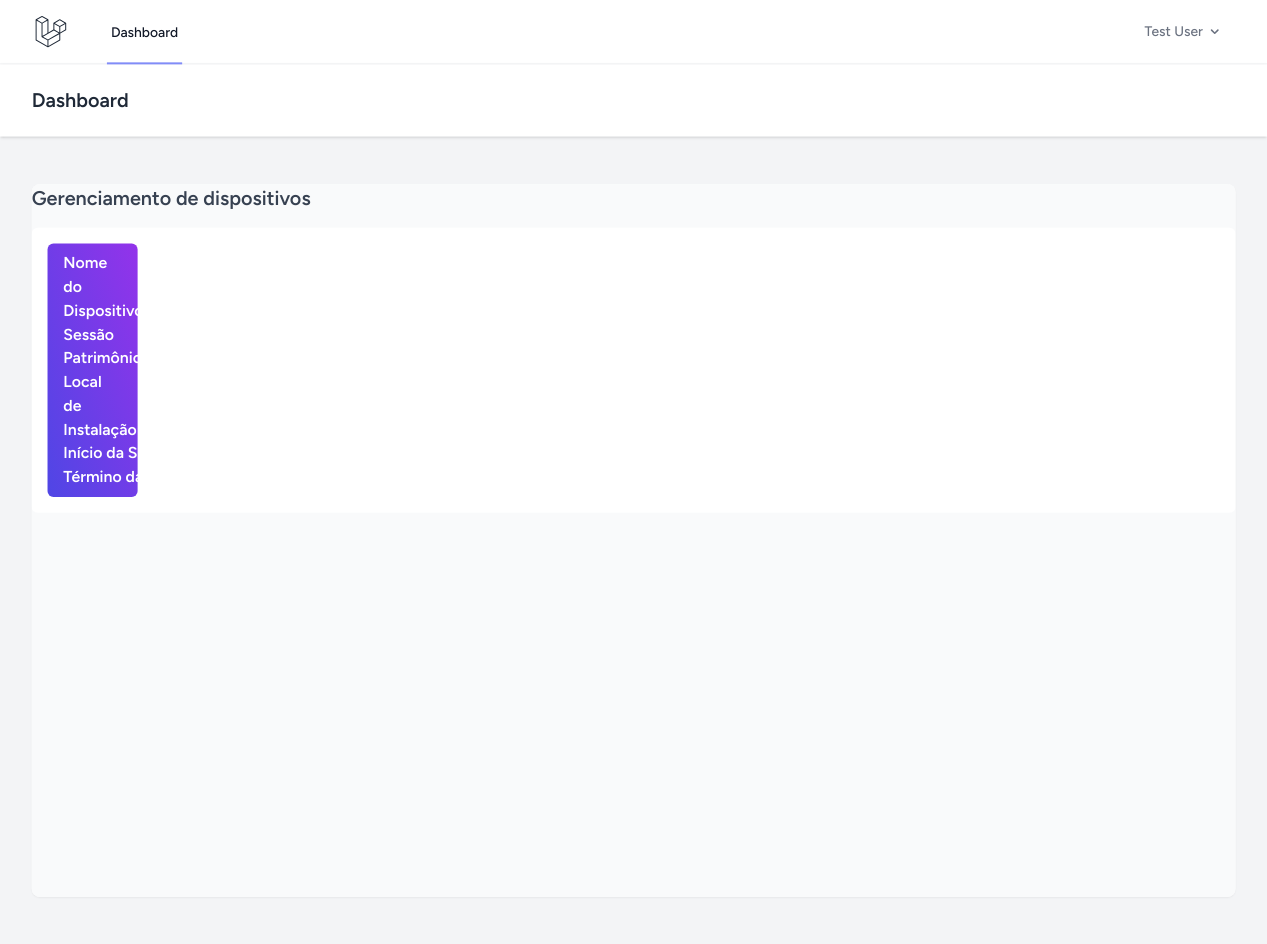
Repository: CrisMorgantee/device-logs
Page: http://localhost/dashboard
An editor plug-in stored every save of this project. The page is shown before and after the next save, followed by the edit.
The browser window is 1280 px wide. The pictures show the whole page, at 99% of full size.
The page is served by the project's Laravel application, run on PHP 8.4 with Laravel 10. A made-up administrator, Test User (test@example.com), is signed in. Style sheets and scripts are compiled from the project's sources, by tool versions that may differ from the author's. Queries for data that is not in the repository find no rows.

Above is the page before, as saved 2023-04-14 22:42:12.

After the next save:
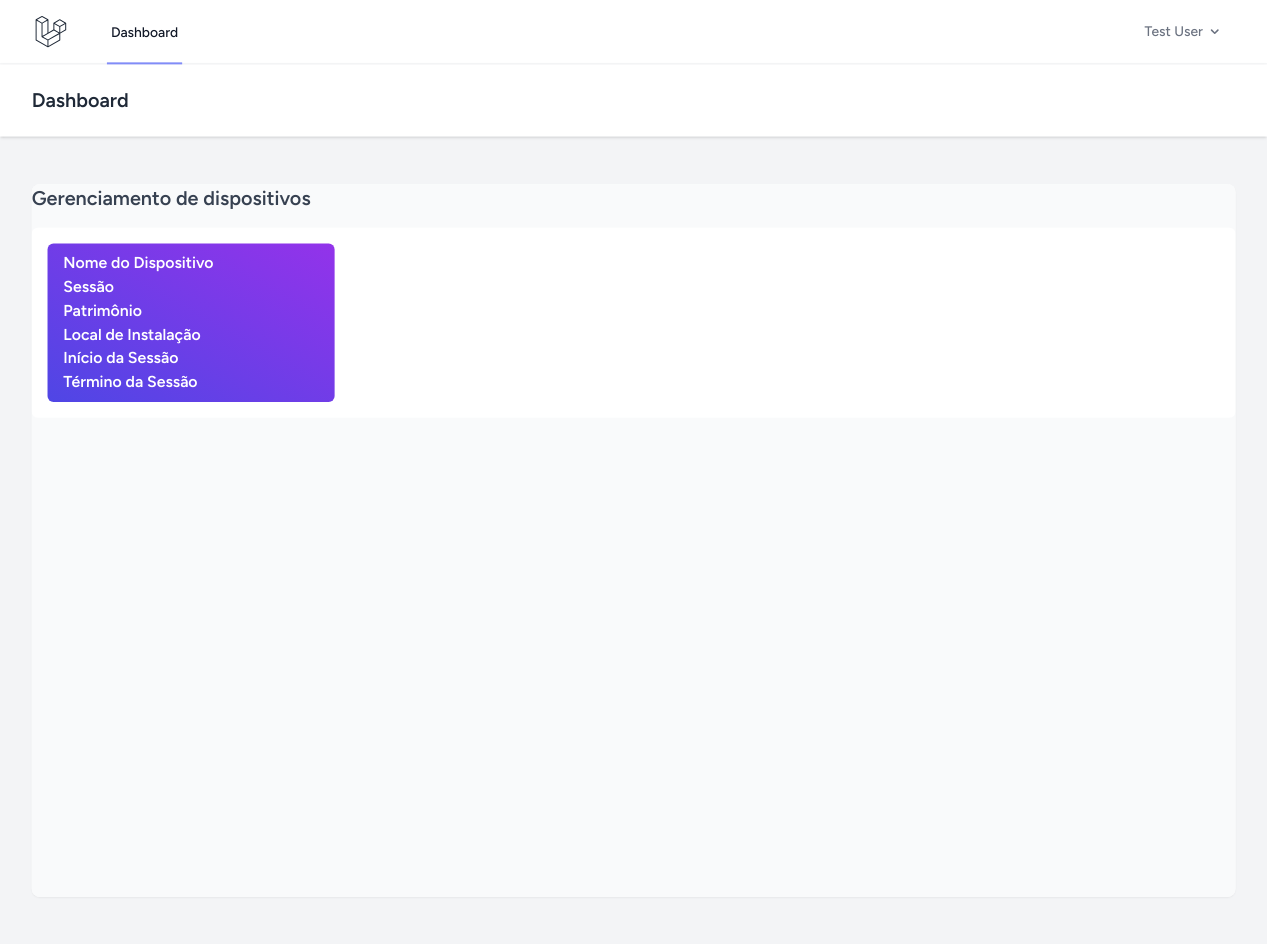
Saved 24 s later.
--- a/resources/views/dashboard.blade.php
+++ b/resources/views/dashboard.blade.php
@@ -13,7 +13,7 @@
           <div class="grid grid-cols-12 gap-2 rounded-md bg-white p-4">
 
             <div
-              class="text-md rounded-md bg-gradient-to-tr from-indigo-600 to-purple-600 py-2 px-4 font-bold text-white">
+              class="text-md col-span-3 rounded-md bg-gradient-to-tr from-indigo-600 to-purple-600 py-2 px-4 font-bold text-white">
               <div class="col-span-3">
                 <span>Nome do Dispositivo</span>
               </div>
